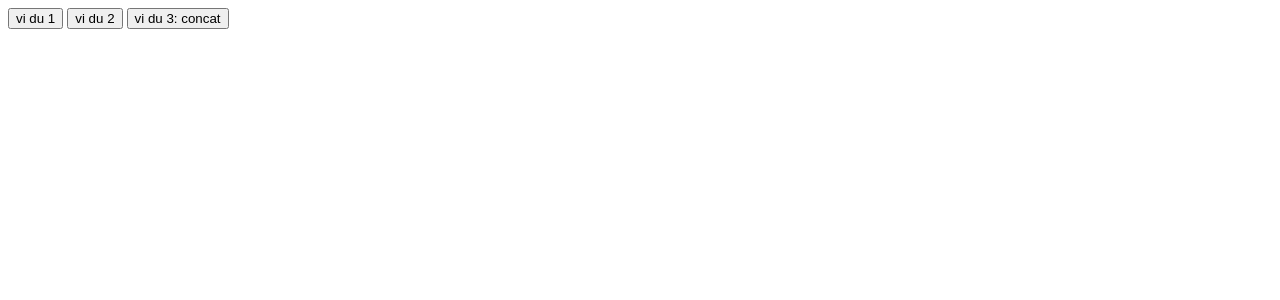
Repository: thanhp6868/ltWeb
Page: 1810/vidu/index.html
An editor plug-in stored every save of this project. The page is shown before and after the next save, followed by the edit.
The browser window is 1280 px wide. The pictures show the whole page.

Above is the page before, as saved 2023-10-18 14:09:12.

After the next save:
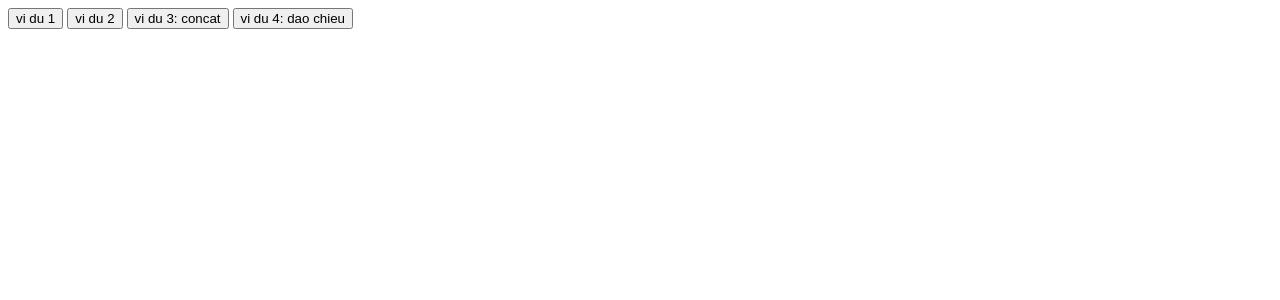
Saved 33 s later.
--- a/1810/vidu/index.html
+++ b/1810/vidu/index.html
@@ -10,6 +10,8 @@
     <button onclick="arraytest()">vi du 1</button>
     <button onclick="arraytest2()">vi du 2</button>
     <button onclick="concat_VD()">vi du 3: concat</button>
+    <button onclick="daochieu()">vi du 4: dao chieu</button>
+
 
 </body>
 </html>
